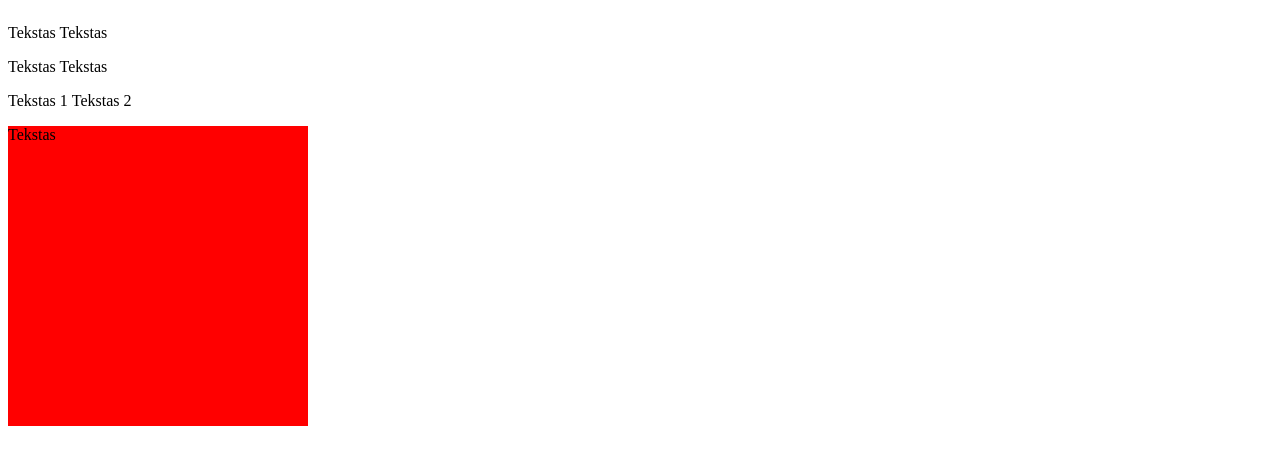
Repository: motiejus1/13-paskaita-05.31
Page: index_display.html
An editor plug-in stored every save of this project. The page is shown before and after a run of saves, followed by the edit.
The browser window is 1280 px wide. The pictures show the whole page.

Above is the page before, as saved 2021-06-21 20:18:35.

After the next 2 saves:
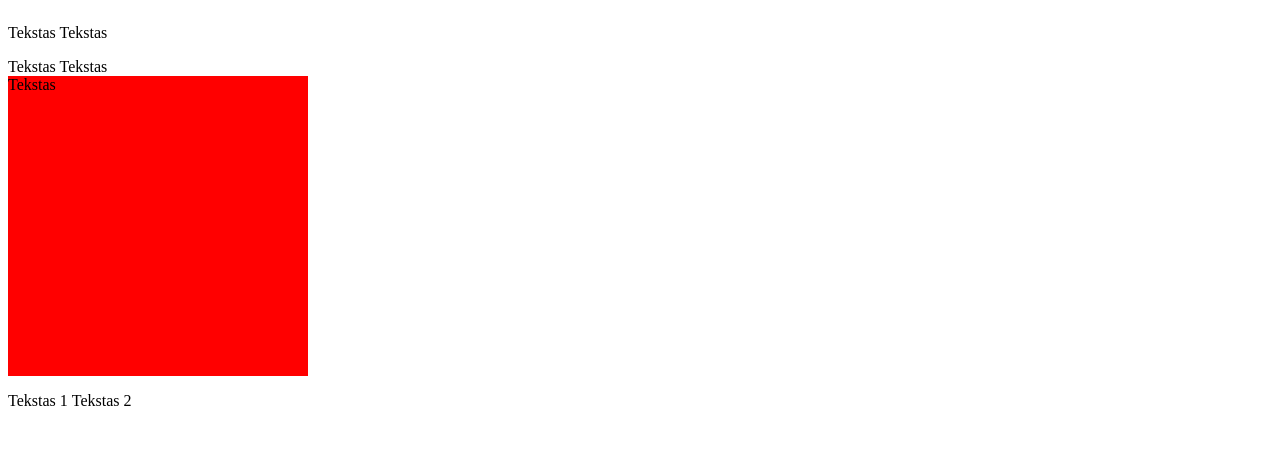
The 2 saves are shown as one change because they came seconds apart.
The last was saved 8 s later.
--- a/index_display.html
+++ b/index_display.html
@@ -29,14 +29,13 @@
     <span>Tekstas Tekstas</span> <!-- display: inline -->
 
     <!-- display:inline-block -->
-
+    <div class="kvadratelis">
+        Tekstas
+    </div>
 
     <p>Tekstas 1</p>
     <p>Tekstas 2</p>
 
-    <div class="kvadratelis">
-        Tekstas
-    </div>
 
 
 
